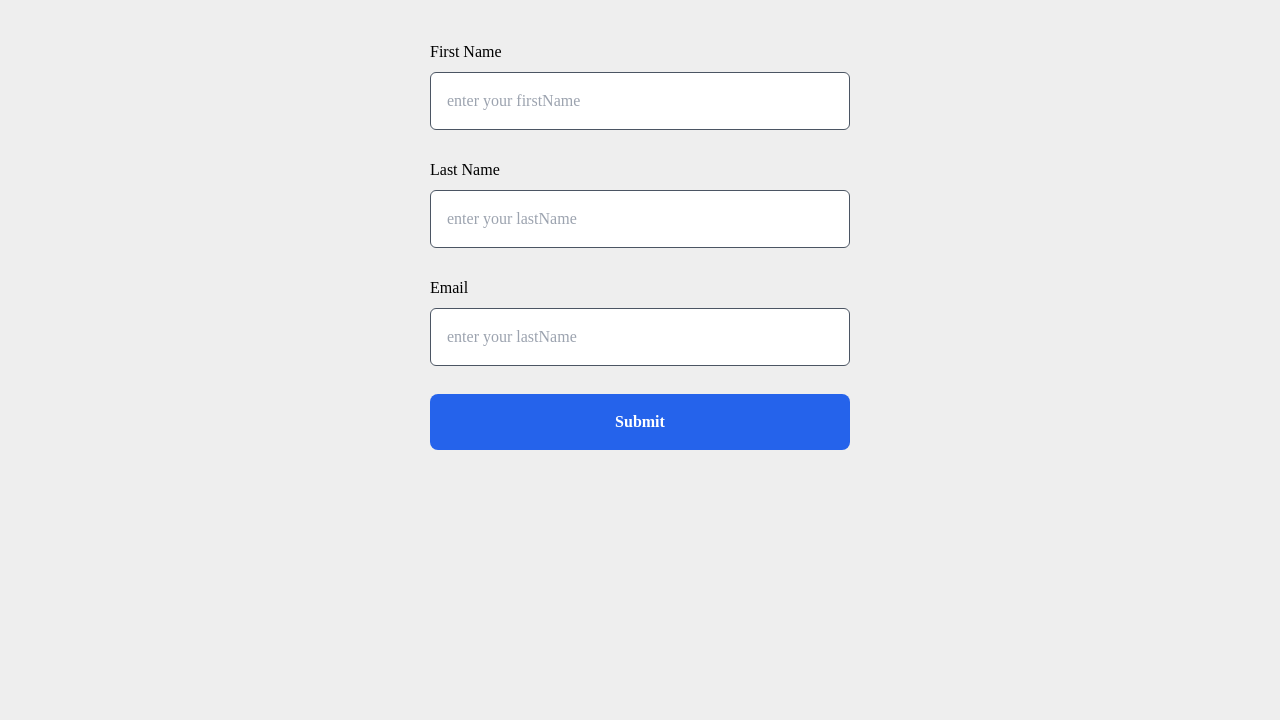
Repository: 16-Doffy/Fe-Khhoahoc
Page: /
The author's editor kept a copy of each file at every save. The page is drawn from the files as they stood at one save, then again after the next save.
The browser window is 1280 px wide. The pictures show the whole page.
The project was rebuilt for these pictures with package versions that can differ from the ones it lists, and the page was loaded fresh each time. Also part of the build but not shown: src/App.css.

Above is the page before, as saved 2025-02-11 20:07:54.

After the next save:
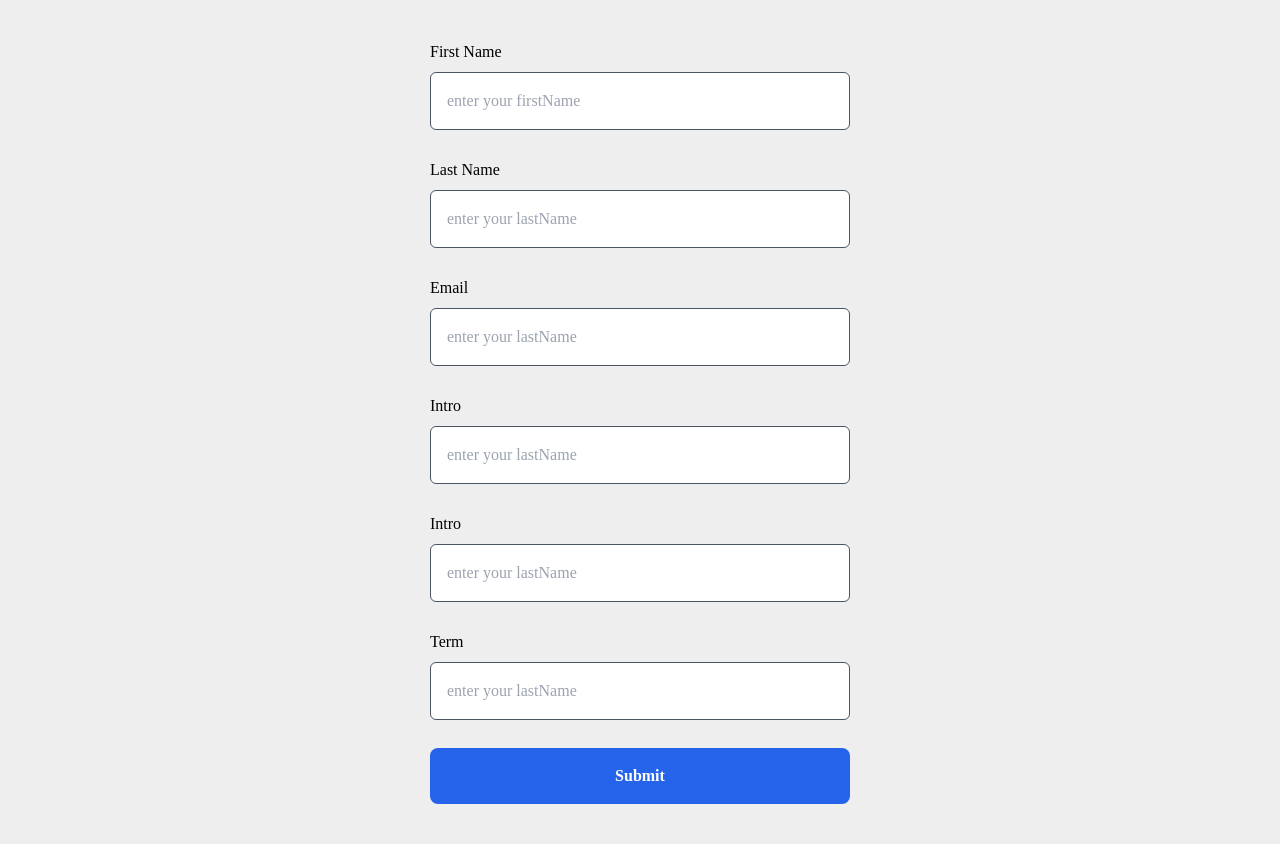
Saved 73 s later.
--- a/src/components/Form/SignUpFormV2Final.js
+++ b/src/components/Form/SignUpFormV2Final.js
@@ -70,7 +70,48 @@ const SignUpFormV2Final = () => {
             className="p-4 rounded-md border border-gray-600"
           ></Field>
           <div className="text-sm text-red-500">
-            <ErrorMessage name="lastName"></ErrorMessage>
+            <ErrorMessage name="email"></ErrorMessage>
+          </div>
+        </div>
+
+        <div className="flex flex-col gap-2 mb-5">
+          <label htmlFor="intro">Intro</label>
+          <Field
+            name="intro"
+            type="text"
+            placeholder="enter your lastName"
+            className="p-4 rounded-md border border-gray-600"
+          ></Field>
+          <div className="text-sm text-red-500">
+            <ErrorMessage name="intro"></ErrorMessage>
+          </div>
+        </div>
+
+        <div className="flex flex-col gap-2 mb-5">
+          <label htmlFor="intro">Intro</label>
+          <Field
+            name="job"
+            type="text"
+            placeholder="enter your lastName"
+            className="p-4 rounded-md border border-gray-600"
+          ></Field>
+          <div className="text-sm text-red-500">
+            <ErrorMessage name="job"></ErrorMessage>
+          </div>
+        </div>
+
+
+
+        <div className="flex flex-col gap-2 mb-5">
+          <label htmlFor="term">Term</label>
+          <Field
+            name="term"
+            type="text"
+            placeholder="enter your lastName"
+            className="p-4 rounded-md border border-gray-600"
+          ></Field>
+          <div className="text-sm text-red-500">
+            <ErrorMessage name="term"></ErrorMessage>
           </div>
         </div>
 
